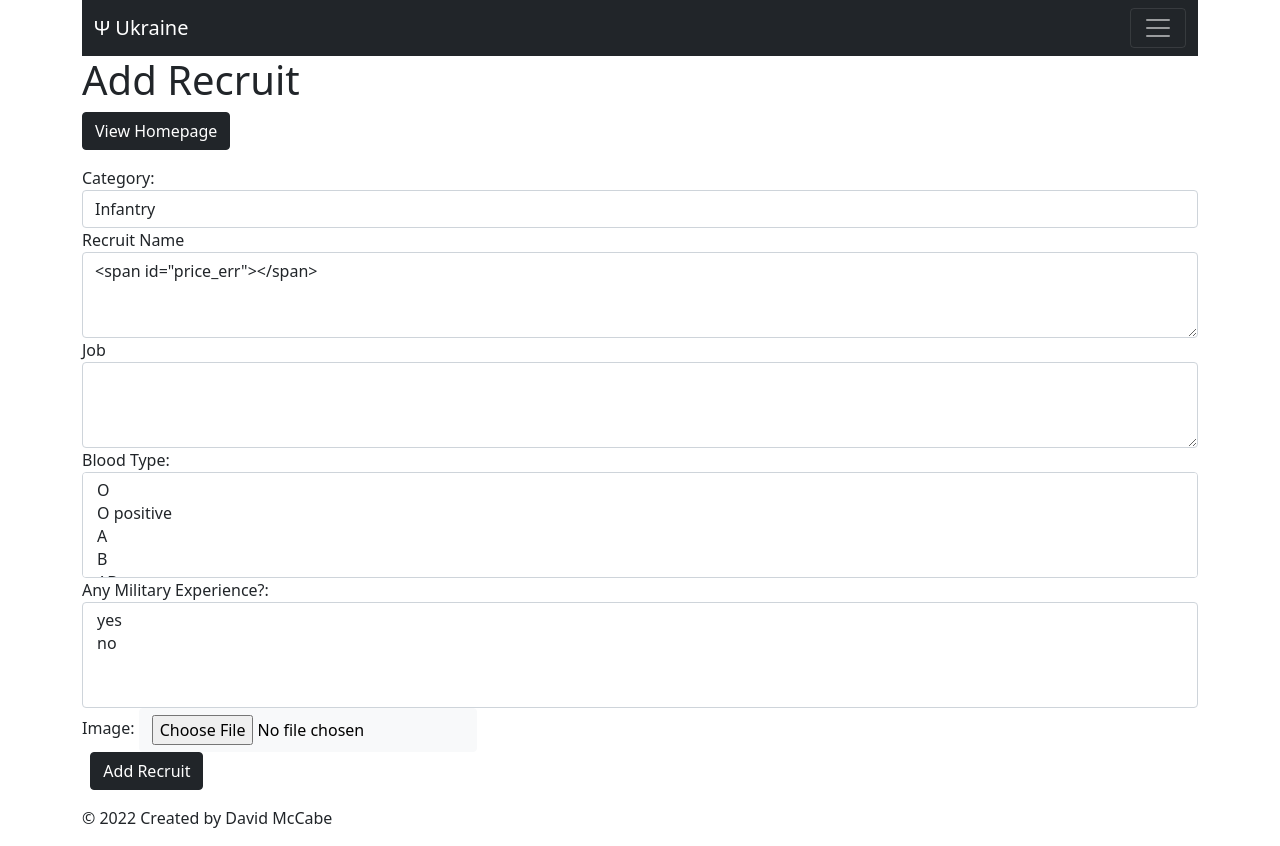
Repository: davidDKIT/ca2-davidmccabe-php
Page: http://localhost/add_record_form.php
The author's editor kept a copy of each file at every save. The page is drawn from the files as they stood at one save, then again after the next save.
The browser window is 1280 px wide. The pictures show the whole page.
The page is run by PHP 8.4 with error messages shown; the project is at /var/www/html/. The database holds what the project's SQL file puts in it.

Above is the page before, as saved 2022-03-15 22:12:52.

### add_record_form.php
<?php
require('database.php');
$query = 'SELECT *
          FROM categories
          ORDER BY categoryID';
$statement = $db->prepare($query);
$statement->execute();
$categories = $statement->fetchAll();
$statement->closeCursor();
?>
<!-- the head section -->
<div class="container">
  <?php
  include('includes/header.php');
  ?>
  <h1>Add Recruit</h1>

  <form action="add_record.php" method="post" enctype="multipart/form-data" id="add_record_form">
  <p><a class="btn btn-dark" href="index.php">View Homepage</a></p>
    <div class="form-group">
      <label for="exampleFormControlInput1">Category:</label>
      <select class="form-control" id="exampleFormControlInput1" name="category_id">
        <?php foreach ($categories as $category) : ?>
          <option value="<?php echo $category['categoryID']; ?>">
            <?php echo $category['categoryName']; ?>
          </option>
        <?php endforeach; ?>
      </select>
    </div>
    <div class="form-group">
      <label for="exampleFormControlTextarea1">Recruit Name</label>
      <textarea class="form-control" id="recruitName" name="recruitName" rows="3"><span id="price_err"></span></textarea>
      <label for="exampleFormControlTextarea1">Job</label>
      <textarea class="form-control" id="exampleFormControlTextarea1" name="job" rows="3"></textarea>
      <label for="exampleFormControlSelect2">Blood Type:</label>
      <select multiple class="form-control" id="exampleFormControlSelect2" name="bloodType">
        <option>O</option>
        <option>O positive</option>
        <option>A</option>
        <option>B</option>
        <option>AB</option>
      </select>
      <label for="exampleFormControlSelect2">Any Military Experience?:</label>
      <select multiple class="form-control" id="exampleFormControlSelect2" name="militaryExp">
        <option>yes</option>
        <option>no</option>
      </select>
      <label>Image:</label>
      <input class="btn btn-light" type="file" name="image" accept="image/*" />
      <br>
    </div>
    <label>&nbsp;</label>
    <input class="btn btn-dark" type="submit" value="Add Recruit">
    <br>
  </form>

  <?php
  include('includes/footer.php');
  ?>

### database.php
<?php
    $dsn = 'mysql:host=localhost;dbname=ukraine_signup';
    $username = 'root';
    $password = '';

    try {
        $db = new PDO($dsn, $username, $password);
    } catch (PDOException $e) {
        $error_message = $e->getMessage();
        include('database_error.php');
        exit();
    }
?>

### includes/header.php
<!-- the head section -->
<?php
if (isset($_POST['submit'])) {
  $searchValue = $_POST['search'];
  $con = new mysqli("localhost", "root", "", "ukraine_signup");
  if ($con->connect_error) {
    echo "connection Failed: " . $con->connect_error;
  } else {
    $sql = "SELECT * FROM recruits WHERE recruitName LIKE '%$searchValue%'";

    $result = $con->query($sql);
    while ($row = $result->fetch_assoc()) {
      echo "Recruit found in database: " . $row['recruitName'] . '<br>' . "Their job associated: " . $row['job'] . '<br>' . '<br>';
    }
  }
}
?>

<head>
  <title>Ukraine Sign Up</title>
  <link href="https://cdn.jsdelivr.net/npm/bootstrap@5.1.3/dist/css/bootstrap.min.css" rel="stylesheet" integrity="sha384-1BmE4kWBq78iYhFldvKuhfTAU6auU8tT94WrHftjDbrCEXSU1oBoqyl2QvZ6jIW3" crossorigin="anonymous">
  <!-- Custom styles for this template-->
  <script src="https://cdn.jsdelivr.net/npm/bootstrap@5.1.3/dist/js/bootstrap.bundle.min.js" integrity="sha384-ka7Sk0Gln4gmtz2MlQnikT1wXgYsOg+OMhuP+IlRH9sENBO0LRn5q+8nbTov4+1p" crossorigin="anonymous"></script>

</head>

<!-- the body section -->

<body>
  <nav class="navbar navbar-dark bg-dark">
    <div class="container-fluid">
      <a class="navbar-brand" href="main.php">Ψ Ukraine</a>
      <button class="navbar-toggler" type="button" data-bs-toggle="collapse" data-bs-target="#navbarNavDropdown" aria-controls="navbarNavDropdown" aria-expanded="false" aria-label="Toggle navigation">
        <span class="navbar-toggler-icon"></span>
      </button>
      <div class="collapse navbar-collapse" id="navbarNavDropdown">
        <ul class="navbar-nav">
          <li class="nav-item">
            <a class="nav-link active" aria-current="page" href="index.php">Home</a>
          </li>
          <li class="nav-item">
            <a class="nav-link" href="category_list.php">Manage Categories</a>
          </li>
          <li class="nav-item">
            <a class="nav-link" href="add_record_form.php">Add New Recruit</a>
          </li>


        </ul>
      </div>
    </div>
  </nav>

### includes/footer.php
<footer>
<p>&copy; <?php echo date("Y"); ?> Created by David McCabe</p>
</footer>
</div><!-- close div container -->
</body>
</html>

### data-for-your-database.sql (the tables this page reads)
CREATE TABLE `categories` (
  `categoryID` int(11) NOT NULL AUTO_INCREMENT,
  `categoryName` varchar(255) NOT NULL,
  PRIMARY KEY (categoryID)
) ENGINE=InnoDB DEFAULT CHARSET=utf8;

INSERT INTO `categories` (`categoryID`, `categoryName`) VALUES
(1, 'Infantry'),
(2, 'Airforce'),
(3, 'Tank Crew'),
(4, 'Bombers'),
(5, 'Sniper Team');

ALTER TABLE `categories`
  ADD PRIMARY KEY (`categoryID`);

ALTER TABLE `categories`
  MODIFY `categoryID` int(11) NOT NULL AUTO_INCREMENT, AUTO_INCREMENT=3;

After the next save:
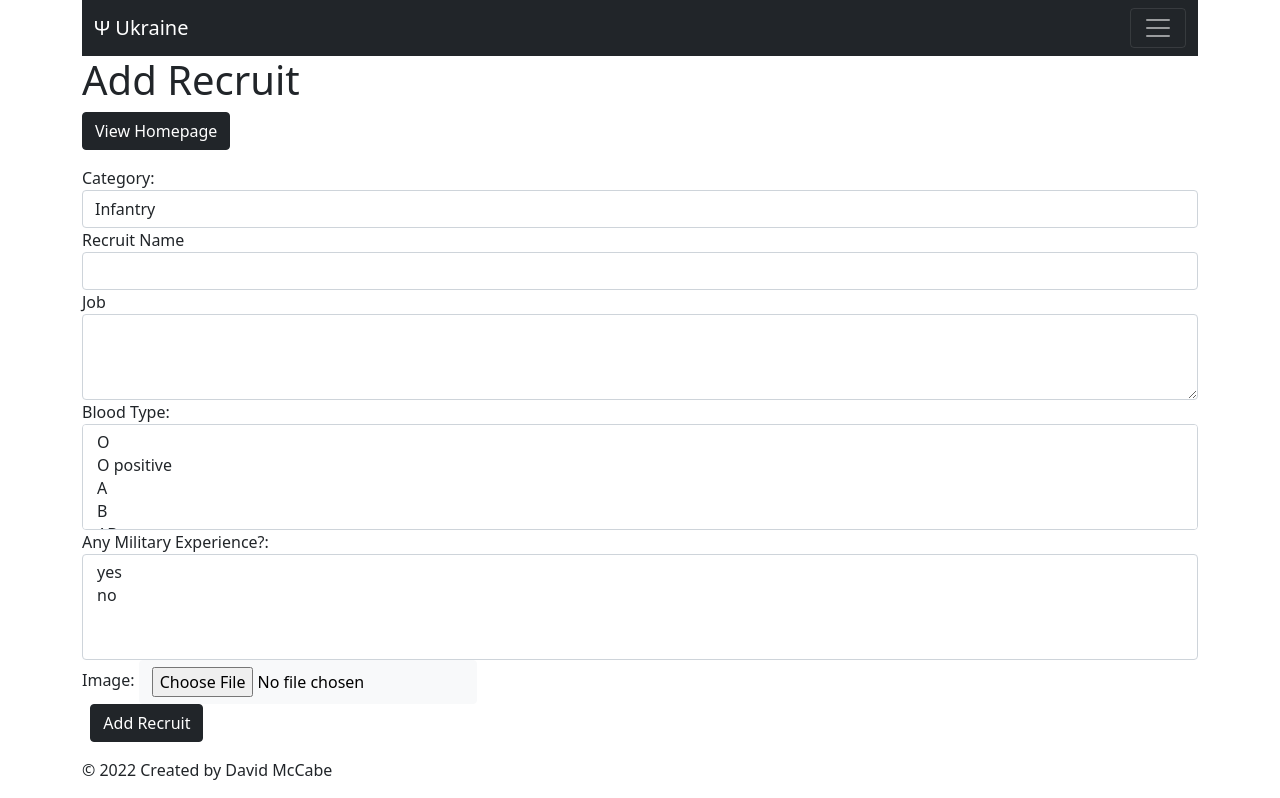
Saved 30 s later.
--- a/add_record_form.php
+++ b/add_record_form.php
@@ -29,7 +29,7 @@ $statement->closeCursor();
     </div>
     <div class="form-group">
       <label for="exampleFormControlTextarea1">Recruit Name</label>
-      <textarea class="form-control" id="recruitName" name="recruitName" rows="3"><span id="price_err"></span></textarea>
+      <input class="form-control" id="recruitName" name="recruitName" rows="3"><span id="price_err"></span></li>
       <label for="exampleFormControlTextarea1">Job</label>
       <textarea class="form-control" id="exampleFormControlTextarea1" name="job" rows="3"></textarea>
       <label for="exampleFormControlSelect2">Blood Type:</label>
